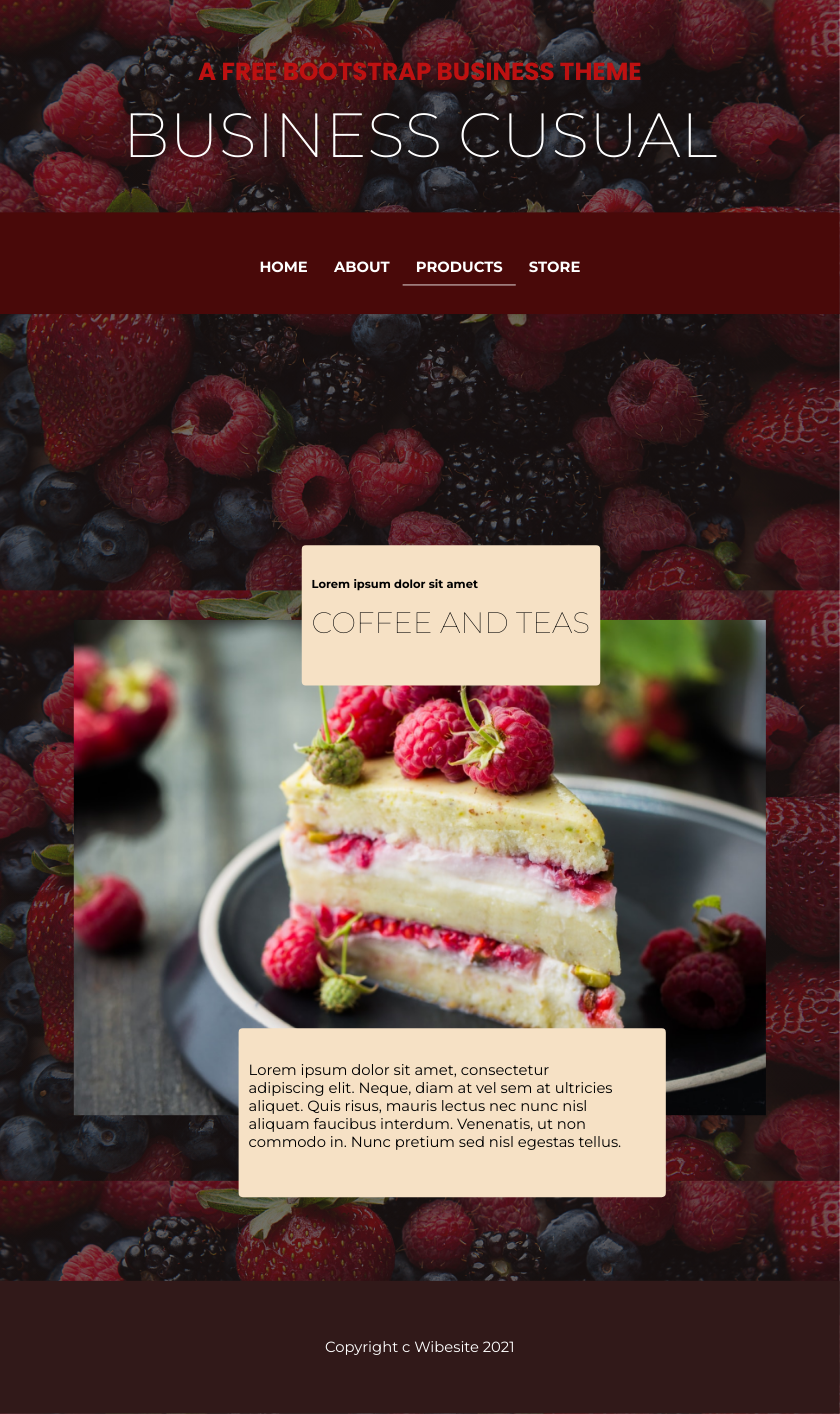
Repository: wadelfadill/tache_7_Business_bootstrap_theme
Page: product.html
An editor plug-in stored every save of this project. The page is shown before and after the next save, followed by the edit.
The browser window is 1024 px wide. The pictures show the whole page, at 82% of full size.
Backgrounds fixed to the window are drawn as part of the page.

Above is the page before, as saved 2023-04-28 12:31:26.

### product.html
<!DOCTYPE html>
<html lang="en">
<head>
    <meta charset="UTF-8">
    <meta http-equiv="X-UA-Compatible" content="IE=edge">
    <meta name="viewport" content="width=device-width, initial-scale=1.0">
    <!------ title of website ------>
    <title>Business website</title>
    <!------ Bootstrap cdn link ------>
    <link href="https://cdn.jsdelivr.net/npm/bootstrap@5.1.3/dist/css/bootstrap.min.css" rel="stylesheet" integrity="sha384-1BmE4kWBq78iYhFldvKuhfTAU6auU8tT94WrHftjDbrCEXSU1oBoqyl2QvZ6jIW3" crossorigin="anonymous">
    <!------- css link -------------->
    <link rel="stylesheet" href="css/style.css">
    <link rel="stylesheet" href="css/product_style.css">
    <!---------Google Fonts links ---------->
    <link rel="preconnect" href="https://fonts.googleapis.com">
    <link rel="preconnect" href="https://fonts.gstatic.com" crossorigin>
    <link href="https://fonts.googleapis.com/css2?family=Montserrat:wght@100;200;400;700&family=Poppins:wght@700&display=swap" rel="stylesheet">

</head>
<body>
    <!-- ========== Start Header Section ========== -->
    <header id="header">
        <h2 class="first_title text-center">A FREE BOOTSTRAP BUSINESS THEME</h2>
        <h1 class="second_title text-center">BUSINESS CUSUAL</h1>
        <!-- ========== Start navbar  Section ========== -->
        <nav class="my-auto mt-5">
            <div class="container my-auto">
                <ul class="nav justify-content-center">
                    <li class="nav-item">
                      <a class="nav-link" aria-current="page" href="index.html">HOME</a>
                    </li>
                    <li class="nav-item">
                      <a class="nav-link" href="about.html">ABOUT</a>
                    </li>
                    <li class="nav-item">
                      <a class="nav-link active" href="product.html">PRODUCTS</a>
                    </li>
                    <li class="nav-item">
                      <a class="nav-link" href="store.html">STORE</a>
                    </li>
                </ul>
            </div>
        </nav>
        <!-- ========== End navbar  Section ========== -->
    </header>
    <!-- ========== End Header Section ========== -->
    <!-- ========== Start Main Section ========== -->
    <main>
      <!-- ========== Start First Section ========== -->
      <section id="first_section">
        <div class="container">
          <div class="row justify-content-start gap-0 align-items-center position-relative">
            <!-- <div class="col photo_fisrt position-relative">
              <div class="box-top position-relative top-0 start-100 translate-middle">
                <p class="p1">Lorem ipsum dolor sit amet</p>
                <p class="p2">COFFEE AND TEAS</p>
              </div>
              <div class="box-bottom">
                <p>Lorem ipsum dolor sit amet, consectetur <br>
                  adipiscing elit. Neque, diam at vel sem at ultricies <br>
                  aliquet. Quis risus, mauris lectus nec nunc nisl <br>
                  aliquam faucibus interdum. Venenatis, ut non <br>
                  commodo in. Nunc pretium sed nisl egestas tellus.</p>
              </div>
            </div> -->
            <div class="box-top m-0">
              <p class="p1">Lorem ipsum dolor sit amet</p>
              <p class="p2">COFFEE AND TEAS</p>
            </div>
            <div class="image m-0 p-0 align-self-center text-center">
              <img src="images/gateau-p.png" alt="" class="img-fluid">
            </div>
            <div class="box-bottom">
              <p>Lorem ipsum dolor sit amet, consectetur <br>
                adipiscing elit. Neque, diam at vel sem at ultricies <br>
                aliquet. Quis risus, mauris lectus nec nunc nisl <br>
                aliquam faucibus interdum. Venenatis, ut non <br>
                commodo in. Nunc pretium sed nisl egestas tellus.</p>
            </div>
          </div>
        </div>
      </section>
      <!-- ========== End First Section ========== -->
    </main>
    <!-- ========== End Main Section ========== -->
    <footer id="footer">
        <p class="text-center">Copyright c Wibesite 2021</p>
    </footer>



    <!------ Bootstrap script -------->
    <script src="https://cdn.jsdelivr.net/npm/bootstrap@5.1.3/dist/js/bootstrap.bundle.min.js" integrity="sha384-ka7Sk0Gln4gmtz2MlQnikT1wXgYsOg+OMhuP+IlRH9sENBO0LRn5q+8nbTov4+1p" crossorigin="anonymous"></script>
</body>
</html>

### css/style.css
/* ===== General ====== */

:root{
    --red-color: #BD1111;
    --bg-red:#490909;
    --white-color: #FFFFFF;
    --black-color: #000000;
    --bg-beize:#F6E1C5;
    --bg-red-black: #311919;
    --bg-red-opac:rgba(165, 52, 43, 0.69);
    --red-border: #CD5449;
}
*{
    margin: 0;
    padding: 0;
}
body{
    padding: 0;
    margin: 0;
    background-image: linear-gradient(rgba(34, 24, 24, 0.6), rgba(34, 24, 24, 0.6)), url("../images/1.jpeg");
    background-position: center;
    background-size: cover;
    background-repeat: no-repeat;
    background-attachment: fixed;
}
/* ===== squelette ====== */
/* ===== header section ====== */
/* ===== header titles ======= */
#header .first_title{
    font-family: 'Poppins';
    font-style: normal;
    font-weight: 700;
    font-size: 30px;
    line-height: 45px;
    color: var(--red-color);
    margin-top: 65px;
}
#header .second_title{
    font-family: 'Montserrat';
    font-style: normal;
    font-weight: 200;
    font-size: 76px;
    line-height: 93px;
    color: var(--white-color);
}
/* ====== header navbar ======*/
#header nav{
    background: var(--bg-red);
    height: 124px;
}
#header nav ul li{
    margin-top: 48px;
}
#header nav a{
    font-family: 'Montserrat';
    font-style: normal;
    font-weight: 700;
    font-size: 18px;
    line-height: 22px;
    color: var(--white-color);
}
#header nav a.active{
    padding-bottom: 10px;
    border-bottom: 1px solid white;
}
/* ==== Main section ==========*/
/* main{
    height: 1000px;
} */
/* ====== footer section ====== */
#footer{
    height: 162px;
    background: var(--bg-red-black);
    padding-top: 70px;
}
#footer p{
    font-family: 'Montserrat';
    font-style: normal;
    font-weight: 400;
    font-size: 18px;
    line-height: 22px;
    color: var(--white-color);
}


/* ===== responsive css ======*/
@media screen and (max-width:550px) {
    #header .second_title{
        font-size: 30px;
    }
    #header nav{
        height: max-content;
        padding-bottom: 40px;
    }
}

### css/product_style.css
/* ===== General ====== */

:root{
    --red-color: #BD1111;
    --bg-red:#490909;
    --white-color: #FFFFFF;
    --black-color: #000000;
    --bg-beize:#F6E1C5;
    --bg-red-black: #311919;
    --bg-red-opac:rgba(165, 52, 43, 0.69);
    --red-border: #CD5449;
}


/* ==========first section ========= */
#first_section{
    margin-top: 202px;
    margin-bottom: 202px;
    width: 100%;
}
#first_section .photo_fisrt{
    max-width: 844px;
    height: 604px;
    background: url("../images/gateau-p.png");
    background-size: cover;
    background-repeat: no-repeat;
    align-self: center;
}
.box-top{
    max-width: 413px;
    min-height: 150px;
    background: var(--bg-beize);
    padding-top: 39px;
    padding-bottom: 39px;
    border-radius: 5px;
    width: max-content;
    position: relative;
    bottom: -80px !important;
    left: 70%;
}
.box-top .p1{
    font-family: 'Montserrat';
    font-style: normal;
    font-weight: 600;
    font-size: 14px;
    line-height: 17px;
    color: #000000;
}
.box-top .p2{
    font-family: 'Montserrat';
    font-style: normal;
    font-weight: 100;
    font-size: 36px;
    line-height: 44px;
    color: #000000;
}
.box-bottom{
    max-width: 521px;
    min-height: 189px;
    padding-top: 40px;
    padding-bottom: 40px;
    position: absolute;
    bottom: -100px;
    left: -10%;
    background: var(--bg-beize);
    border-radius: 5px;
}
.box-bottom p{
    font-family: 'Montserrat';
    font-style: normal;
    font-weight: 400;
    font-size: 18px;
    line-height: 22px;
    color: #000000;
}

/* ============== responsive css ================
@media screen and (max-width:1200px) {
    #first_section .box-bottom{
        left: 50px;
    }
    #first_section .box-top{
        left: 300px !important;
    }

}
@media screen and (max-width:578px) {
    #first_section .box-bottom{
        left: 0px;
        width: auto;
        bottom: 100px;
    }
    #first_section .box-top{
        left: 200px !important;
        width: 70%;
    }
    #first_section .box-top .p1{
        font-size: 10px;
    }
    #first_section .box-top .p2{
        font-size:20px;
    }
    #first_section .photo_fisrt{
        background-size: contain;
    }
}
@media screen and(max-width:400px) {
    #first_section .box-top .p1{
        font-size: auto;
    }
    #first_section .box-top .p2{
        font-size: auto;
    }
    #first_section .box-top{
        left: -100px !important;
        width: 70%;
    }
} */
@media screen and (max-width:1200px) {
    .box-bottom{
        align-self: center;
        left: 27%;
    }
    .box-top{
        left: 35%;
        align-self: center;
    }

}

After the next save:
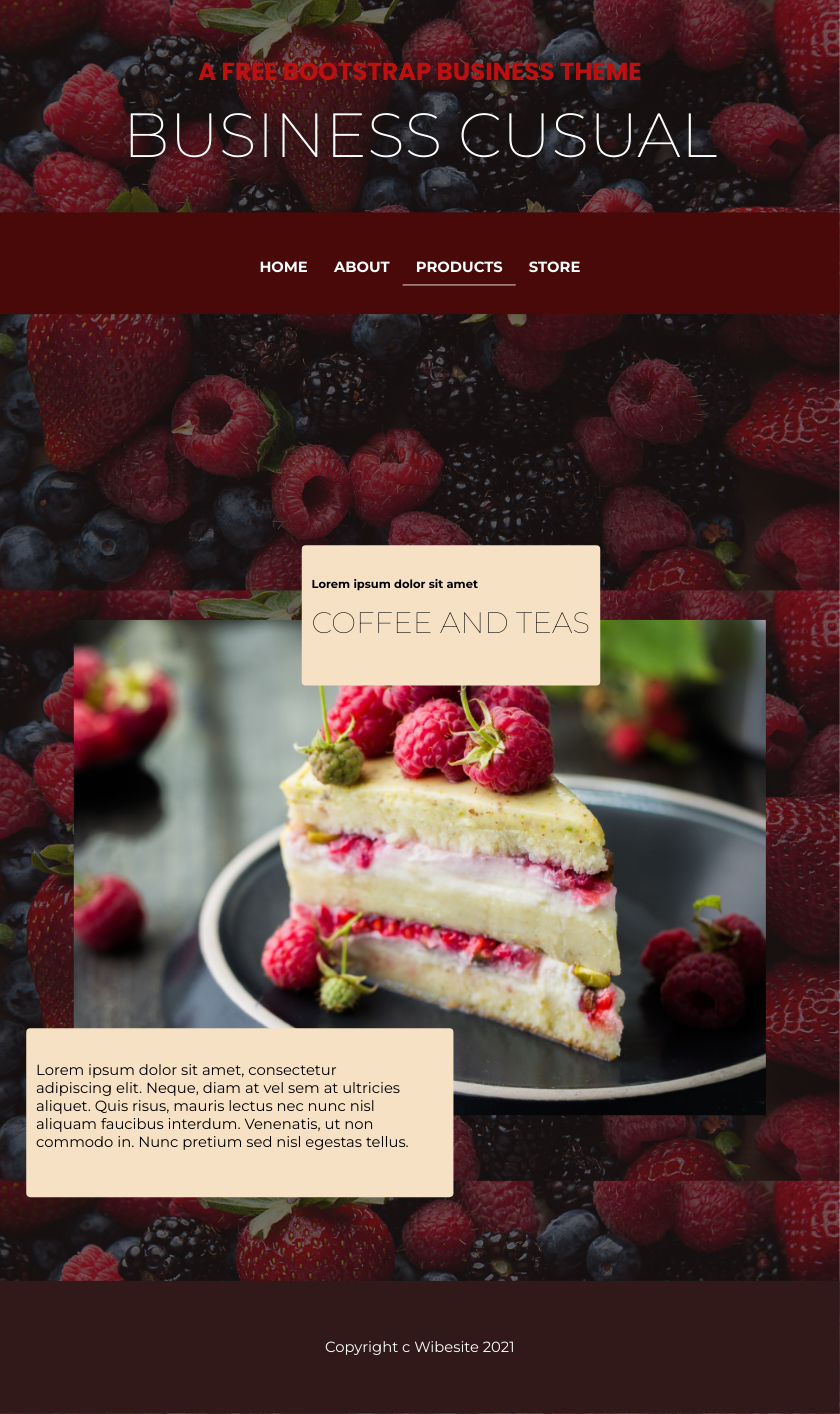
Saved 3 min 55 s later.
--- a/css/product_style.css
+++ b/css/product_style.css
@@ -119,7 +119,9 @@
 @media screen and (max-width:1200px) {
     .box-bottom{
         align-self: center;
-        left: 27%;
+        left: 0;
+        margin-left: auto;
+        margin-right: auto;
     }
     .box-top{
         left: 35%;
